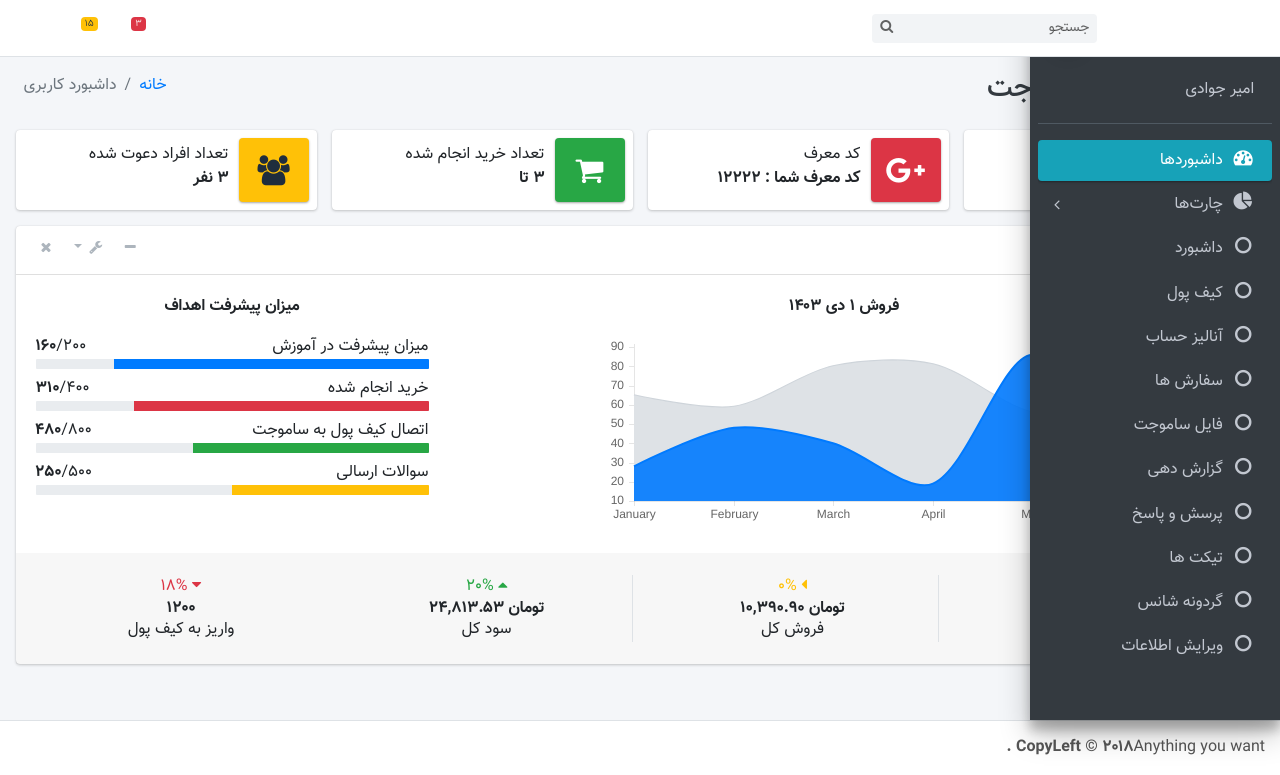
Repository: amirjavadikia/samo-dashboard
Page: index2.html
An editor plug-in stored every save of this project. The page is shown before and after the next save, followed by the edit.
The browser window is 1280 px wide. The pictures show the whole page.

Above is the page before, as saved 2024-09-13 19:06:11.
Console error: TypeError: Cannot read properties of undefined (reading 'getContext')

After the next save:
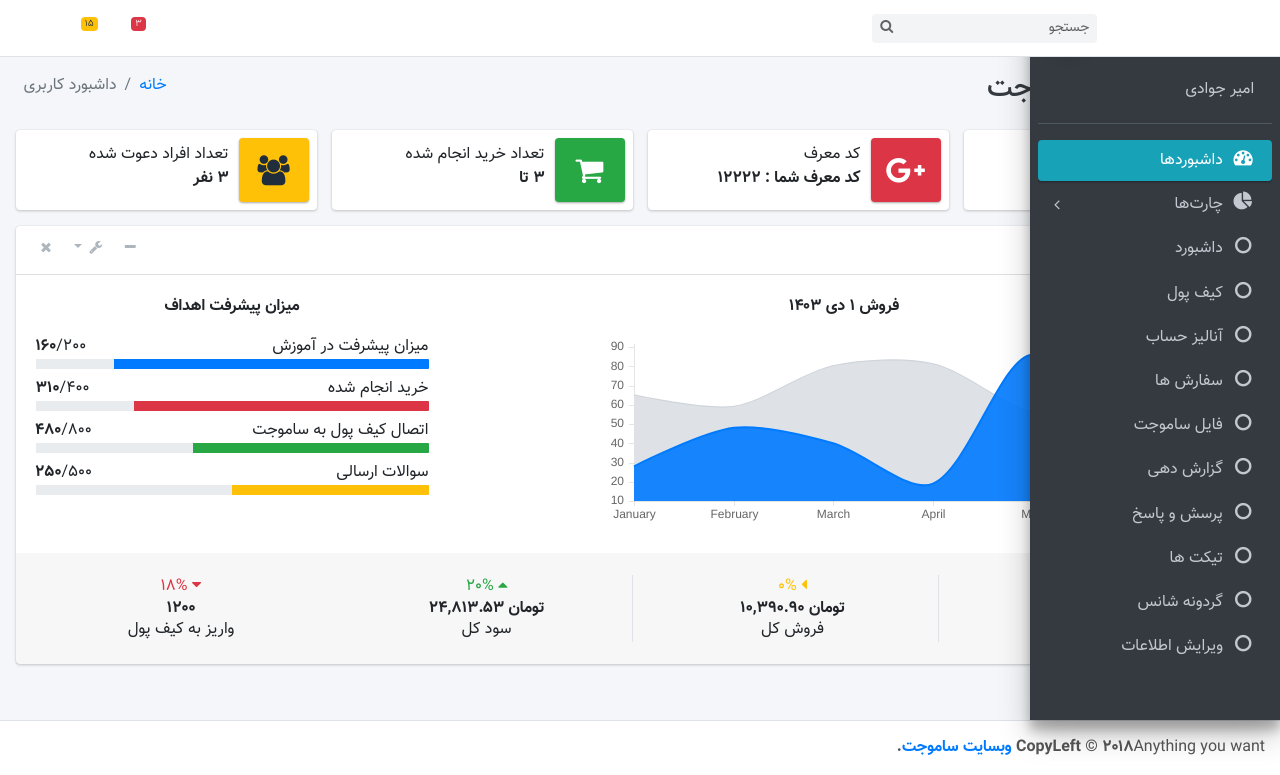
Saved 12 s later.
--- a/index2.html
+++ b/index2.html
@@ -544,7 +544,7 @@
       Anything you want
     </div>
     <!-- Default to the left -->
-    <strong>CopyLeft &copy; 2018 <a href="http://github.com/hesammousavi/"></a>.</strong>
+    <strong>CopyLeft &copy; 2018 <a href="http://github.com/hesammousavi/">وبسایت ساموجت</a>.</strong>
   </footer>
 </div>
 <!-- ./wrapper -->
